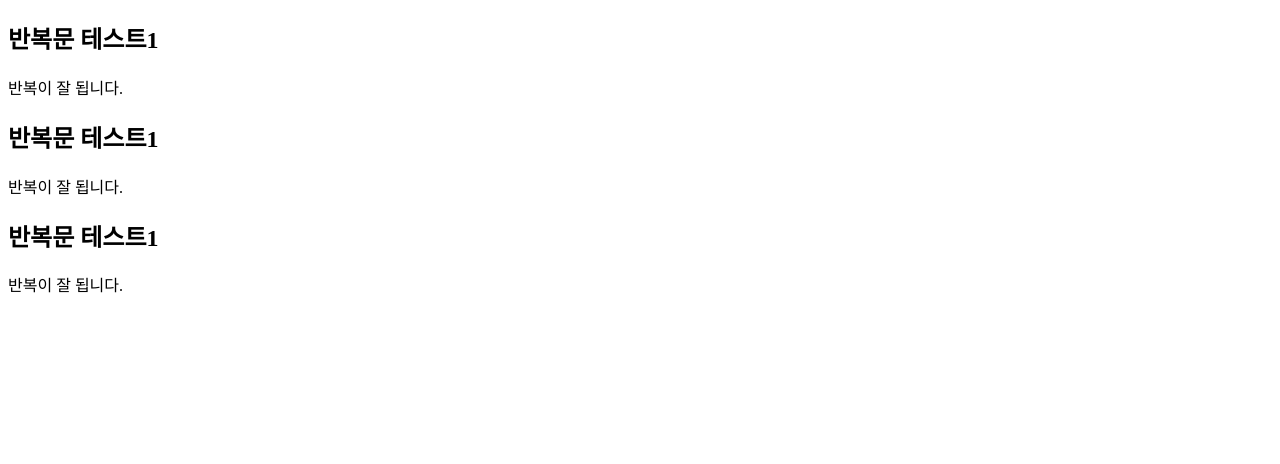
Repository: jjjjjjji-hun/jsp_practice
Page: http://localhost/JSPBasic/jspTag/Scriptlet.jsp
An editor plug-in stored every save of this project. The page is shown before and after the next save, followed by the edit.
The browser window is 1280 px wide. The pictures show the whole page.
The page is served by Tomcat 9.

Above is the page before, as saved 2022-01-28 02:29:06.

After the next save:
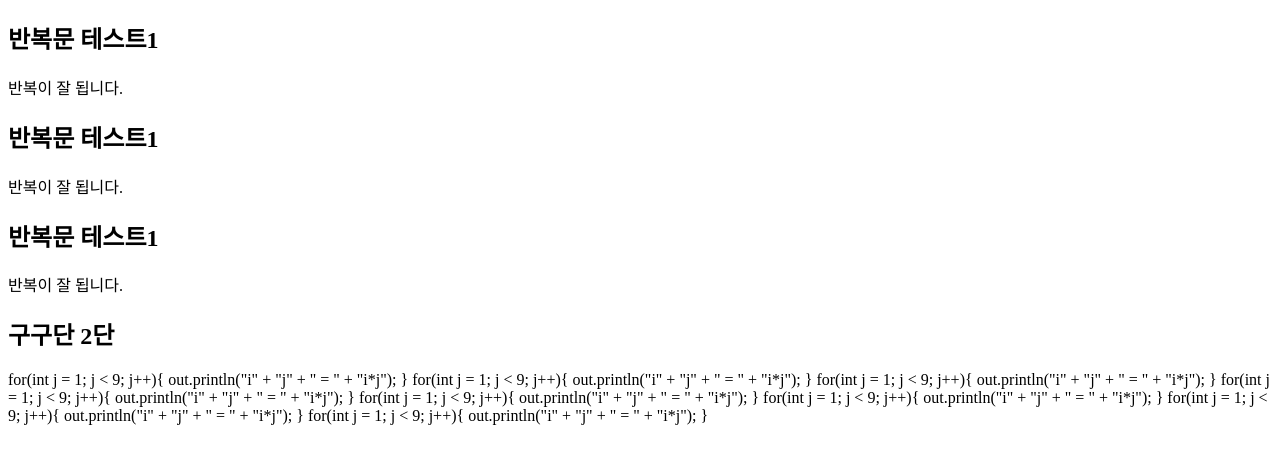
Saved 5 min 39 s later.
--- a/JSPBasic/src/main/webapp/jspTag/Scriptlet.jsp
+++ b/JSPBasic/src/main/webapp/jspTag/Scriptlet.jsp
@@ -15,5 +15,16 @@
 			반복이 잘 됩니다.
 		</p>
 	<% } %>
+
+	<!-- 하단에 구구단 코드를 작성해주세요.
+	System.out.println()이 괄호 내 구문을 콘솔에 찍히게 해줬다면
+	out.println()은 html화면에 괄호 내 구문을 콘솔에 찍히게 해줍니다.
+	(javascript의 document.write()와 같은 역할) -->
+	<h2>구구단 2단</h2>
+	<% for(int i = 2; i < 10; i++){ %>
+		for(int j = 1; j < 9; j++){
+			out.println("i" + "j" + " = " + "i*j");
+		}
+	<% } %>
 </body>
 </html>
